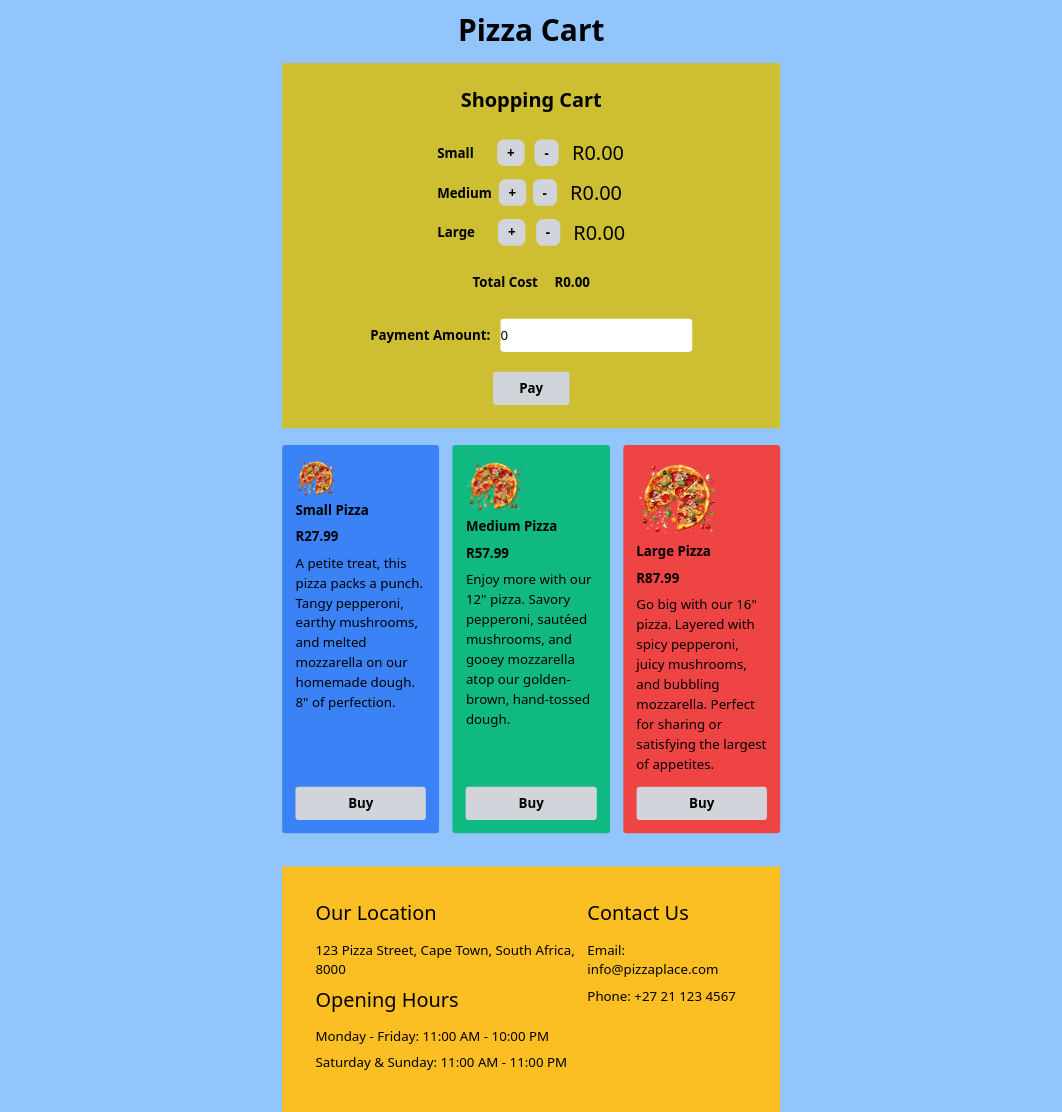
Repository: lasity34/pizza_cart
Page: index.html
The author's editor kept a copy of each file at every save. The page is drawn from the files as they stood at one save, then again after the next save.
The browser window is 1280 px wide. The pictures show the whole page, at 83% of full size.
Some web libraries are served in a nearby version.

Above is the page before, as saved 2023-07-11 12:34:05.

### index.html
<!DOCTYPE html>
<html lang="en">
  <head>
    <meta charset="UTF-8" />
    <meta name="viewport" content="width=device-width, initial-scale=1.0" />
    <title>Pizza Cart</title>
    <script src="//unpkg.com/alpinejs" defer></script>
    <link
      href="https://cdn.jsdelivr.net/npm/tailwindcss@2.1.2/dist/tailwind.min.css"
      rel="stylesheet"
    />
    <link href="./style.css" rel="stylesheet" />
  </head>
  <body x-data="cart" class="bg-blue-300">
    <section class="flex justify-center items-center">
      <h1 class="text-4xl pt-4 font-bold">Pizza Cart</h1>
    </section>

    <section
      class="shop-container my-5 p-7 flex justify-center items-center flex-col"
    >
      <h2 class="text-2xl mb-2 font-bold">Shopping Cart</h2>
      <div class="mt-6 flex flex-col items-center">
        <div >
          <div class="flex items-center mb-4">
            <p class="font-bold mr-2">Small</p>
            <div class="ml-5">
              <button
                @click="increment('small')"
                class="bg-gray-300 hover:bg-gray-400 rounded-lg px-3 py-1 mr-2 font-bold"
              >
                +
              </button>
              <button
                @click="decrement('small')"
                class="bg-gray-300 hover:bg-gray-400 rounded-lg px-3 py-1 font-bold"
              >
                -
              </button>
            </div>
            <p class="ml-4 text-2xl">
              R<span x-text="(smallAmount * prices.small).toFixed(2)"
                >0.00</span
              >
            </p>
          </div>
          <div class="flex items-center mb-4">
            <p class="font-bold mr-2">Medium</p>
            <button
              @click="increment('medium')"
              class="bg-gray-300 hover:bg-gray-400 rounded-lg px-3 py-1 mr-2 font-bold"
            >
              +
            </button>
            <button
              @click="decrement('medium')"
              class="bg-gray-300 hover:bg-gray-400 rounded-lg px-3 py-1 font-bold"
            >
              -
            </button>
            <p class="ml-4 text-2xl">
              R<span x-text="(mediumAmount * prices.medium).toFixed(2)"
                >0.00</span
              >
            </p>
          </div>
          <div class="flex items-center mb-4">
            <p class="font-bold mr-2">Large</p>
            <div class="ml-5">
              <button
                @click="increment('large')"
                class="bg-gray-300 hover:bg-gray-400 rounded-lg px-3 py-1 mr-2 font-bold"
              >
                +
              </button>
              <button
                @click="decrement('large')"
                class="bg-gray-300 hover:bg-gray-400 rounded-lg px-3 py-1 font-bold"
              >
                -
              </button>
            </div>
            <p class="ml-4 text-2xl">
              R<span x-text="(largeAmount * prices.large).toFixed(2)"
                >0.00</span
              >
            </p>
          </div>
        </div>
        <div class="flex justify-center mt-4">
          <p class="font-bold">Total Cost</p>
          <p class="ml-5 font-bold">R<span x-text="total().toFixed(2)">0.00</span></p>
        </div>
        <div class="mt-4">
          <p class="text-red-600 font-bold" x-text="message"></p>
        </div>
        <div class="mt-4">
          <label class="font-bold">Payment Amount:</label>
          <input type="number" step="0.01" class="rounded ml-2 py-2" x-model="paymentAmount" />
        </div>
        <div class="mt-6">
          <button
          @click="paymentTotal()"
            class="bg-gray-300 hover:bg-gray-400 py-2 px-8 rounded font-bold"
          >
            Pay
          </button>
        </div>
      </div>
    </section>

    <section class="pizza_columns">
      <div class="flex justify-around gap-4 max-w-screen-sm mx-auto">
        <div
          class="pizza_sm bg-blue-500 rounded p-4 w-64 flex flex-col justify-between text-black"
        >
          <div>
            <img src="./pizza.png" width="50" />
            <h3 class="mb-2 font-bold">Small Pizza</h3>
            <h3 class="mb-2 font-bold">R27.99</h3>
            <p class="mb-4">
              A petite treat, this pizza packs a punch. Tangy pepperoni, earthy
              mushrooms, and melted mozzarella on our homemade dough. 8" of
              perfection.
            </p>
          </div>
          <button
            @click="increment('small')"
            class="bg-gray-300 hover:bg-gray-400 transition-colors duration-300 py-2 px-4 rounded font-bold"
          >
            Buy
          </button>
        </div>
        <div
          class="pizza_md bg-green-500 rounded p-4 w-64 flex flex-col justify-between text-black"
        >
          <div>
            <img src="./pizza.png" width="70" />
            <h3 class="mb-2 font-bold">Medium Pizza</h3>
            <h3 class="mb-2 font-bold">R57.99</h3>
            <p class="mb-4">
              Enjoy more with our 12" pizza. Savory pepperoni, sautéed
              mushrooms, and gooey mozzarella atop our golden-brown, hand-tossed
              dough.
            </p>
          </div>
          <button
            @click="increment('medium')"
            class="bg-gray-300 hover:bg-gray-400 transition-colors duration-300 py-2 px-4 rounded font-bold"
          >
            Buy
          </button>
        </div>
        <div
          class="pizza_lg bg-red-500 rounded p-4 w-64 flex flex-col justify-between text-black"
        >
          <div>
            <img src="./pizza.png" width="100" />
            <h3 class="mb-2 font-bold">Large Pizza</h3>
            <h3 class="mb-2 font-bold">R87.99</h3>
            <p class="mb-4">
              Go big with our 16" pizza. Layered with spicy pepperoni, juicy
              mushrooms, and bubbling mozzarella. Perfect for sharing or
              satisfying the largest of appetites.
            </p>
          </div>
          <button
          @click="increment('large')"
            class="bg-gray-300 hover:bg-gray-400 transition-colors duration-300 py-2 px-4 rounded font-bold"
          >
            Buy
          </button>
        </div>
      </div>

      <footer class="bg-yellow-400 text-black mt-10 p-10">
        <div class="container mx-auto flex justify-between">
          <div>
            <h2 class="text-2xl mb-4">Our Location</h2>
            <p class="mb-2">123 Pizza Street, Cape Town, South Africa, 8000</p>

            <h2 class="text-2xl mb-4">Opening Hours</h2>
            <p class="mb-2">Monday - Friday: 11:00 AM - 10:00 PM</p>
            <p class="mb-2">Saturday & Sunday: 11:00 AM - 11:00 PM</p>
          </div>
          <div>
            <h2 class="text-2xl mb-4">Contact Us</h2>
            <p class="mb-2">Email: info@pizzaplace.com</p>
            <p class="mb-2">Phone: +27 21 123 4567</p>
          </div>
        </div>
      </footer>
    </section>
    <script src="./pizza.js"></script>
  </body>
</html>

### style.css

body {
    max-width: 600px;
    margin: 0 auto;
}

.shop-container {
    background-color: rgb(205, 190, 50);
}

### pizza.js
function cart() {
  return {
    smallAmount:  0,
    mediumAmount: 0,
    largeAmount: 0,
    paymentAmount: 0,
    message: '',
    payMessage: '',
    prices: {
      small: 27.99,
      medium: 57.99,
      large: 87.99,
    },
    increment(size) {
      if (size === "small") {
        this.smallAmount++;
      } else if (size === "medium") {
        this.mediumAmount++;
      } else if (size === "large") {
        this.largeAmount++;
      }
    },
    decrement(size) {
      if (size === "small" && this.smallAmount > 0) {
        this.smallAmount--;
      } else if (size === "medium" && this.mediumAmount > 0) {
        this.mediumAmount--;
      } else if (size === "large" && this.largeAmount > 0) {
        this.largeAmount--;
      }
    },
    total() {
        return (
        (this.smallAmount * this.prices.small) +
        (this.mediumAmount * this.prices.medium) +
        (this.largeAmount * this.prices.large)
        )
    },
    paymentTotal() {
        if (this.paymentAmount < this.total()) {
            this.message = `R${(this.total() - this.paymentAmount).toFixed(2)} is needed`
        } else if (this.paymentAmount > this.total()) {
            this.message = ` There is R${(this.total() - this.paymentAmount).toFixed(2)} too much`
        } else {
            this.message = '"Enjoy" your pizzas'
        }
    }
  };
}

document.addEventListener("alpine:init", () => {
  Alpine.data("cart", cart);
});

After the next save:
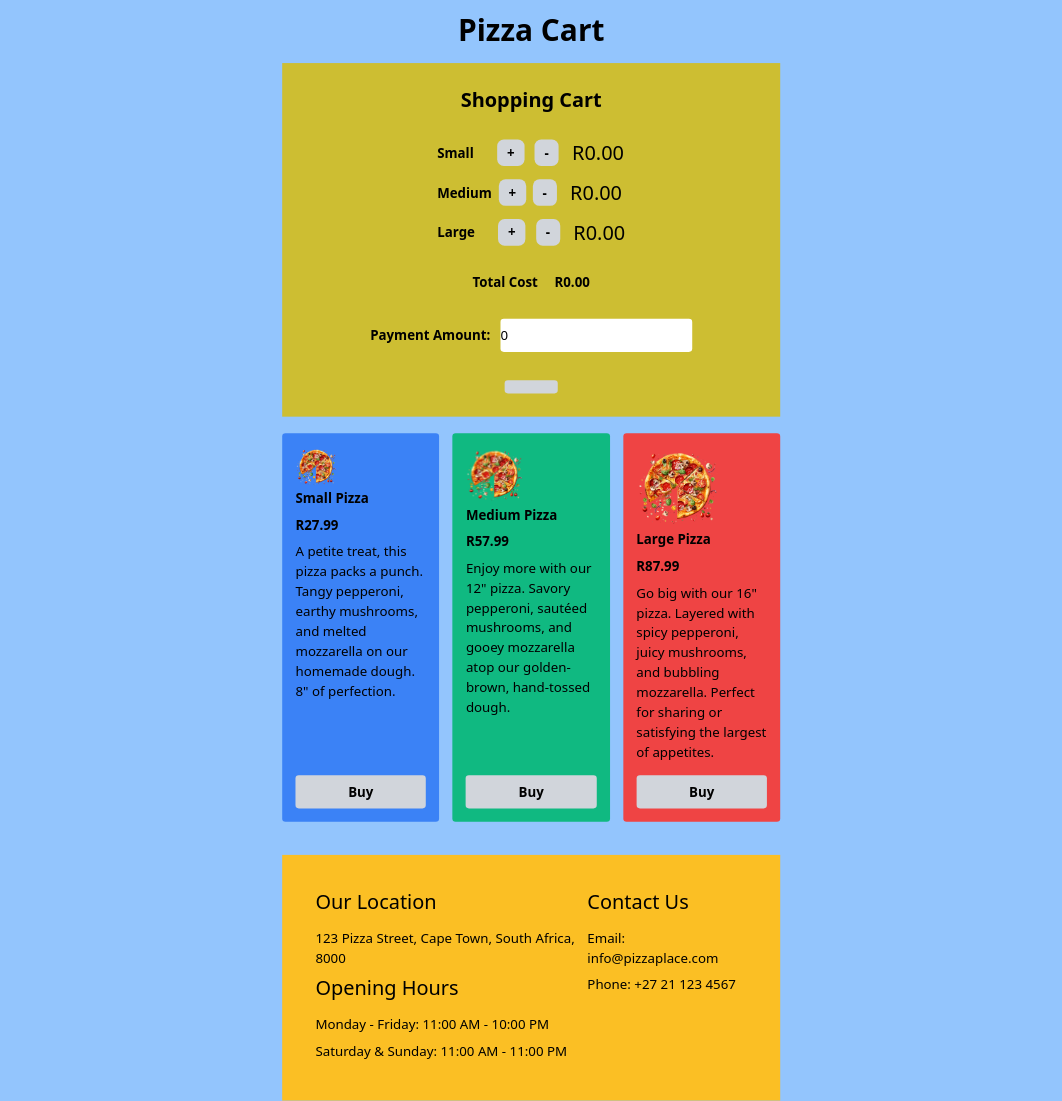
Saved 51 s later.
--- a/index.html
+++ b/index.html
@@ -103,7 +103,7 @@
           @click="paymentTotal()"
             class="bg-gray-300 hover:bg-gray-400 py-2 px-8 rounded font-bold"
           >
-            Pay
+
           </button>
         </div>
       </div>
